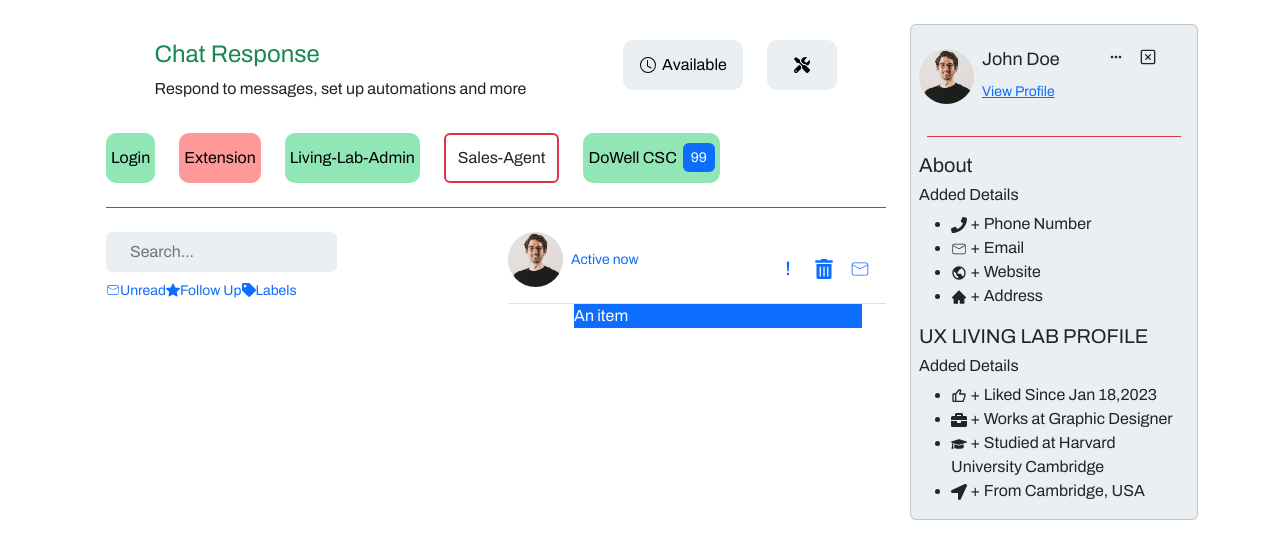
Repository: uh-sman/UX-Living-Lab-Chat
Page: /
An editor plug-in stored every save of this project. The page is shown before and after the next save, followed by the edit.
The browser window is 1280 px wide. The pictures show the whole page.
The project was rebuilt for these pictures with package versions that can differ from the ones it lists, and the page was loaded fresh each time.

Above is the page before, as saved 2023-05-10 17:49:31.

After the next save:
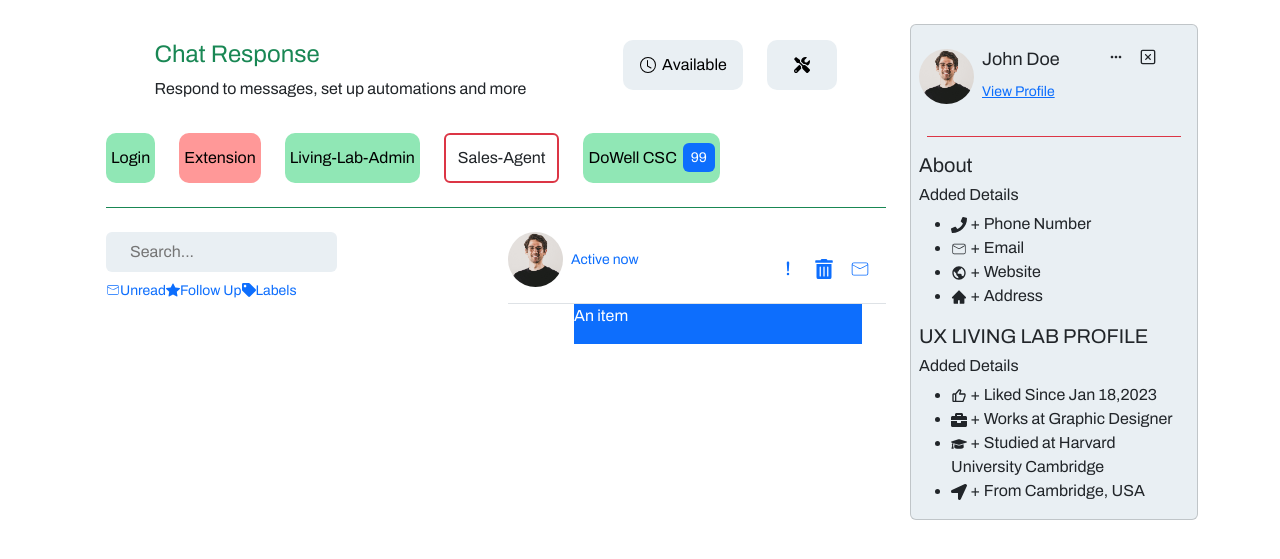
Saved 25 s later.
--- a/src/container/Chats/message/Message.jsx
+++ b/src/container/Chats/message/Message.jsx
@@ -6,7 +6,10 @@ const Message = () => {
     <div className="mx-4">
       <div className="d-flex justify-content-end ">
         {message ? (
-          <div class="bg-primary text-white" style={{ width: "18rem" }}>
+          <div
+            class="bg-primary text-white"
+            style={{ width: "18rem", height: "40px" }}
+          >
             <li class="list-group-item">An item</li>
           </div>
         ) : null}
